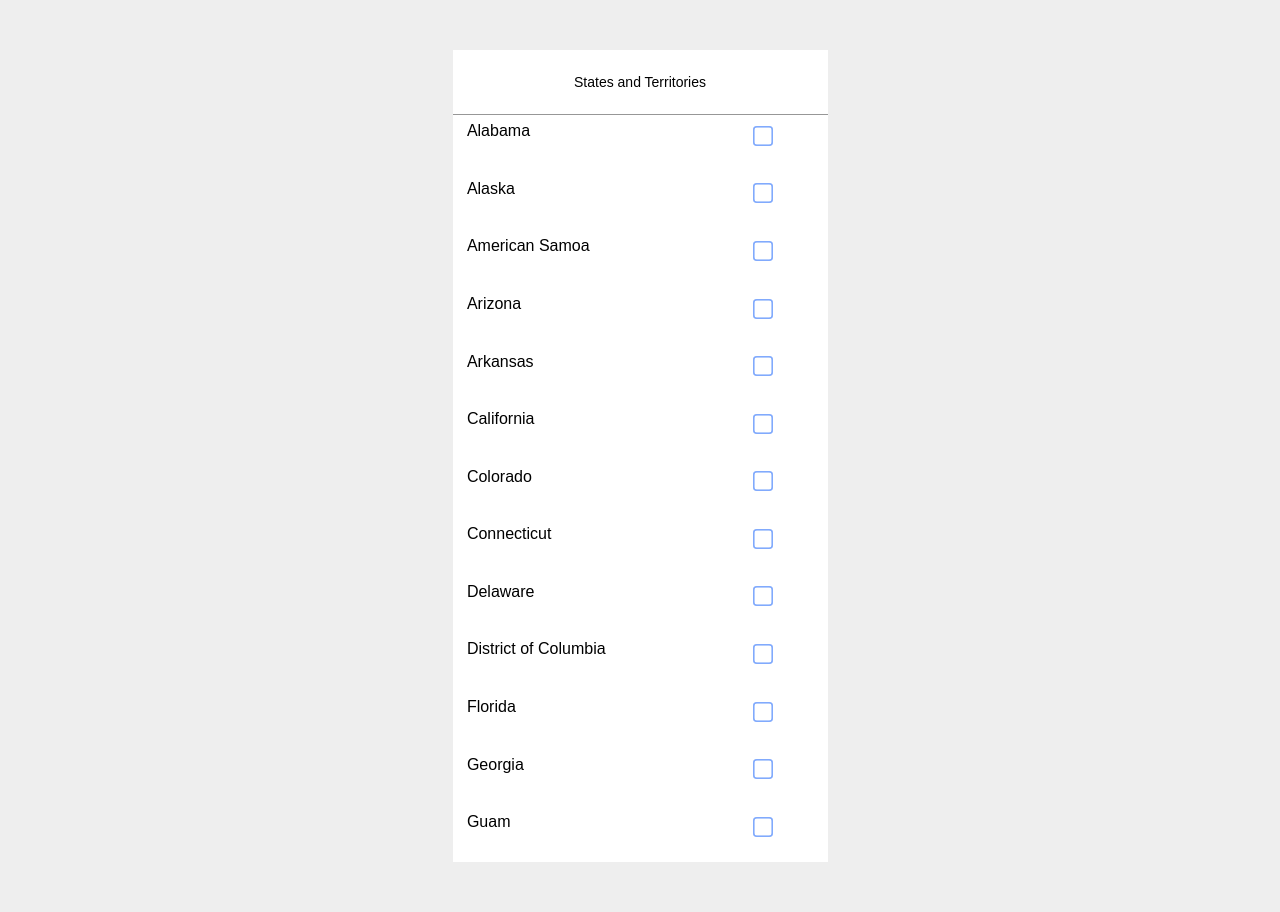
Repository: zitac234/codingTest
Page: /
The author's editor kept a copy of each file at every save. The page is drawn from the files as they stood at one save, then again after a run of saves.
The browser window is 1280 px wide. The pictures show the whole page.
The project was rebuilt for these pictures with package versions that can differ from the ones it lists, and the page was loaded fresh each time.

Above is the page before, as saved 2021-03-31 15:23:57.

### src/index.css
body {
  margin: 0;
  font-family: 'Arial', sans-serif;
  -webkit-font-smoothing: antialiased;
  -moz-osx-font-smoothing: grayscale;
  background-color: #eee;
}

### src/Header.js
import "./Header.css";

export function Header() {
  return (
    <header className="header">
      <span className="title">States and Territories</span>
    </header>
  );
}

### src/List.js
import { Fragment } from "react";
import { Checkbox } from "./Checkbox";
import "./List.css";
export function List(props) {
  return (
    <div className="list">
      {props.items.map((item) => (
        <Fragment key={item}>
          <div className='line'>
            <div className='state'>{item}</div><div className='checkbox'><Checkbox/></div><br />
          {/* You also have <Checkbox selected={false} /> */}
          </div>
          </Fragment>
      ))}
    </div>
  );
}

### src/_data.js
export const data = [
  "Alabama",
  "Alaska",
  "American Samoa",
  "Arizona",
  "Arkansas",
  "California",
  "Colorado",
  "Connecticut",
  "Delaware",
  "District of Columbia",
  "Florida",
  "Georgia",
  "Guam",
  "Hawaii",
  "Idaho",
  "Illinois",
  "Indiana",
  "Iowa",
  "Kansas",
  "Kentucky",
  "Louisiana",
  "Maine",
  "Maryland",
  "Massachusetts",
  "Michigan",
  "Minnesota",
  "Mississippi",
  "Missouri",
  "Montana",
  "Nebraska",
  "Nevada",
  "New Hampshire",
  "New Jersey",
  "New Mexico",
  "New York",
  "North Carolina",
  "North Dakota",
  "Northern Mariana Islands",
  "Ohio",
  "Oklahoma",
  "Oregon",
  "Pennsylvania",
  "Puerto Rico",
  "Rhode Island",
  "South Carolina",
  "South Dakota",
  "Tennessee",
  "Texas",
  "Utah",
  "Vermont",
  "Virgin Islands",
  "Virginia",
  "Washington",
  "West Virginia",
  "Wisconsin",
  "Wyoming"
]

### src/Header.css
.header {
  width: 100%;
  font-size: 14px;
  display: flex;
  border-bottom: 1px solid #979797;
}

.title {
  line-height: 24px;
  margin: 20px auto;
}

### src/Checkbox.js
import selected from "./Checkbox-Filled.svg";
import unselected from "./Checkbox-Empty.svg";

export function Checkbox(props) {
  return (
    <img
      width={20}
      height={20}
      src={props.selected ? selected : unselected}
      alt={`Checkbox ${selected ? "selected" : "unselected"}`}
    />
  );
}

### src/List.css
.list {
  flex: 1;
  overflow: auto;
}
.line{
  height: 7vh;
  margin-top: 1vh;
}
.checkbox{
  margin-left: 80%;
  margin-top: -2vh;
}
.state{
  margin-left: 2vh;
}

Loaded but not shown: public/index.html (common file); src/index.js (common file); src/App.js (common file); src/App.css (common file)

After the next 3 saves:
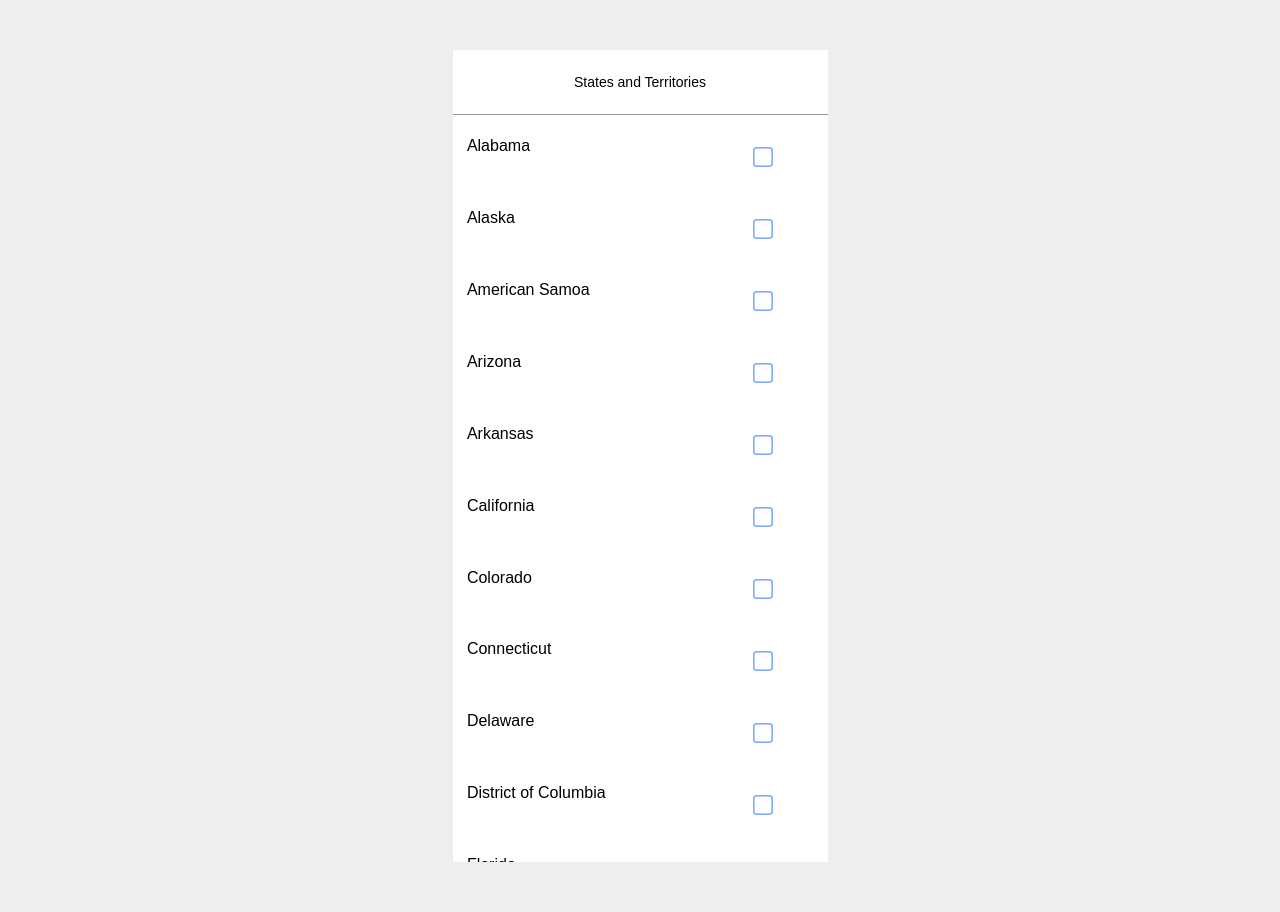
The 3 saves are shown as one change because they came seconds apart.
The last was saved 17 s later.
--- a/src/List.css
+++ b/src/List.css
@@ -4,11 +4,11 @@
 }
 .line{
   height: 7vh;
-  margin-top: 1vh;
+  margin-top: 3vh;
 }
 .checkbox{
   margin-left: 80%;
-  margin-top: -2vh;
+  margin-top: -1vh;
 }
 .state{
   margin-left: 2vh;
